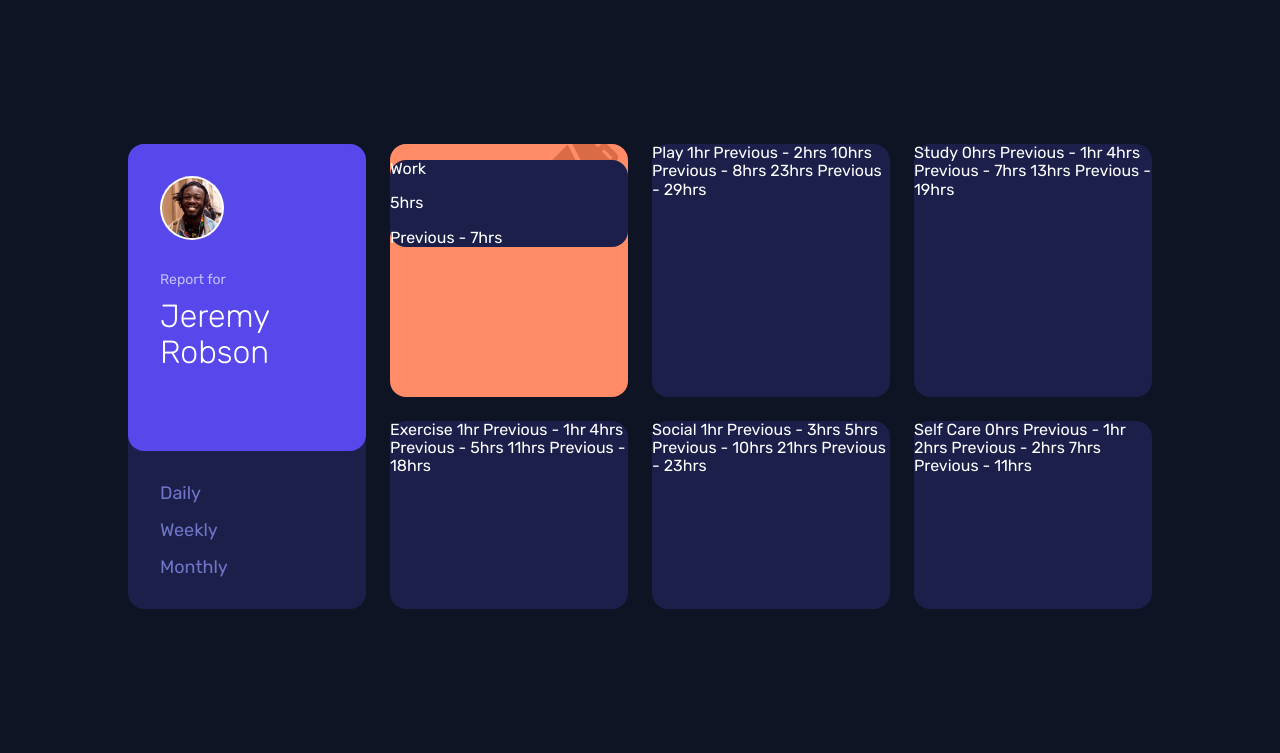
Repository: Jay-JYKim91/FM_time-tracking-dashboard
Page: index.html
These files come from the project's save history. The page is drawn as it stood at one moment and after the next save; the edit follows.
The browser window is 1280 px wide. The pictures show the whole page.

Above is the page before, as saved 2021-12-16 11:20:43.

After the next save:
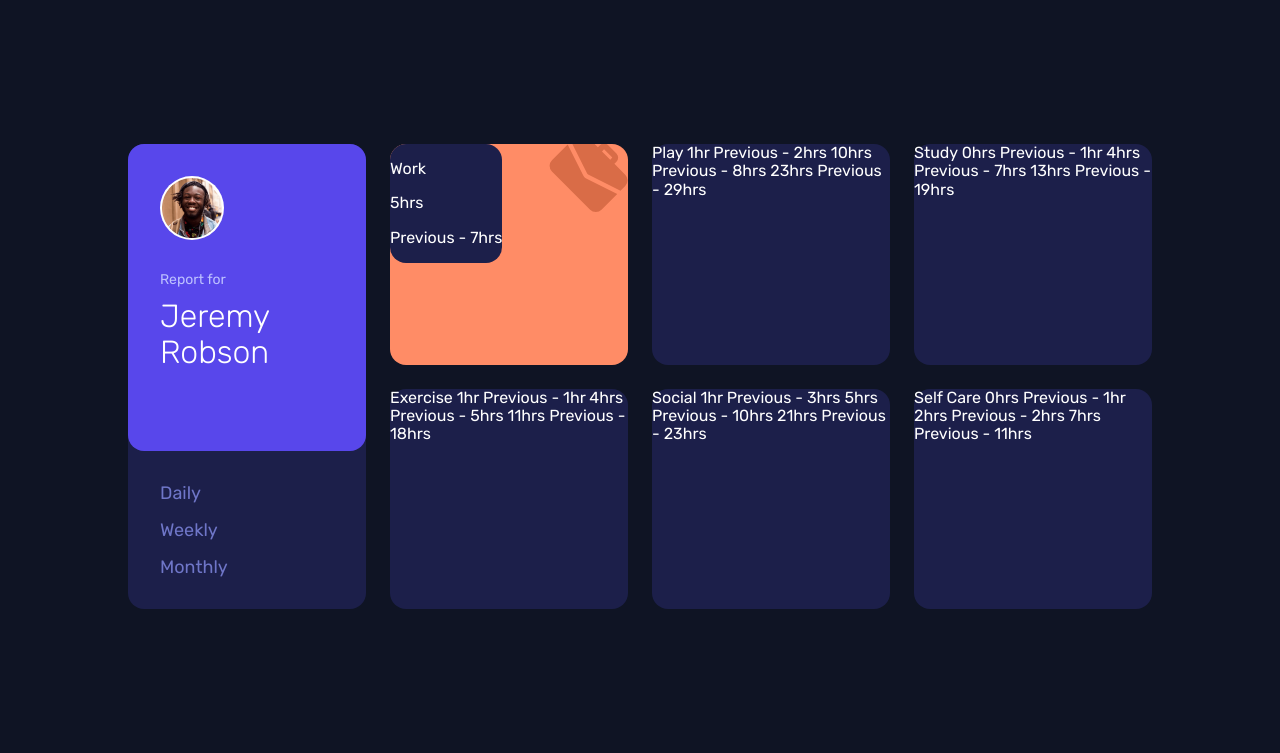
Saved 22 s later.
--- a/style.css
+++ b/style.css
@@ -78,6 +78,9 @@ a {
 .feature-card {
   position: relative;
 }
+.feature-card--text {
+  position: absolute;
+}
 
 .work-bg {
   background-image: url("./images/icon-work.svg");
